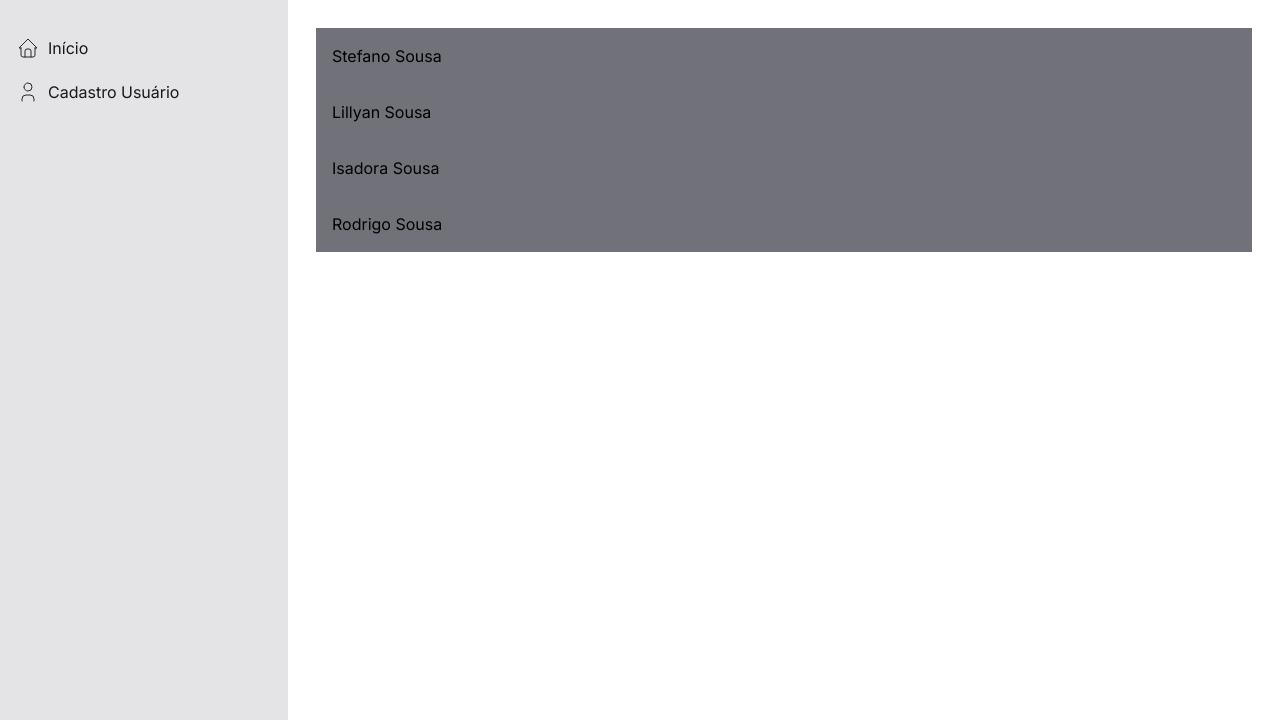
Repository: stefanosousaa/app-bd
Page: /usuarios
These files come from the project's save history. The page is drawn as it stood at one moment and after the next save; the edit follows.
The browser window is 1280 px wide. The pictures show the whole page.
The project was rebuilt for these pictures with package versions that can differ from the ones it lists, and the page was loaded fresh each time. The framework's server and built-in components were replaced by stand-ins that run in the browser. Also part of the build but not shown: next.config.mjs.

Above is the page before, as saved 2024-05-25 23:32:55.

After the next save:
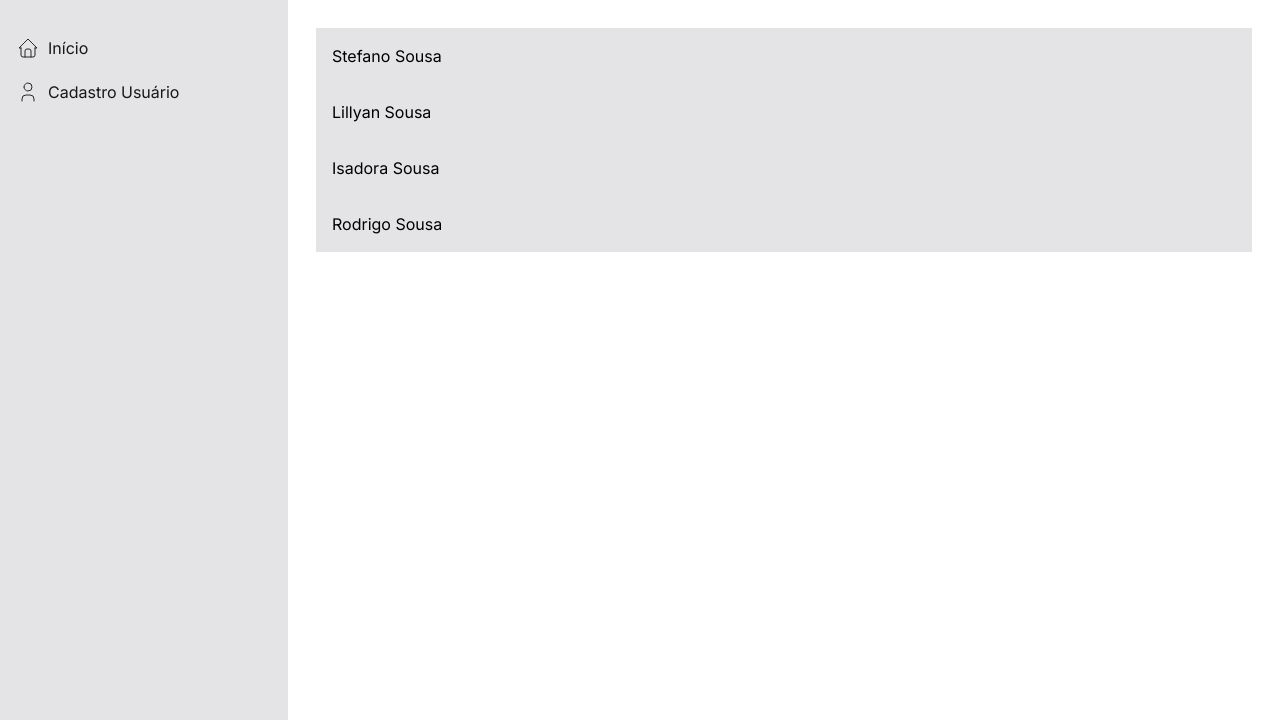
Saved 12 s later.
--- a/src/app/components/usuario/LinhaUsuario.tsx
+++ b/src/app/components/usuario/LinhaUsuario.tsx
@@ -6,7 +6,7 @@ export interface LinhaUsuarioProps {
 
 export default function LinhaUsuario(props: LinhaUsuarioProps){
     return(
-        <div className="flex p-4 bg-zinc-500">
+        <div className="flex p-4 bg-zinc-200">
             <span>{props.usuario.nome}</span>
 
         </div>
